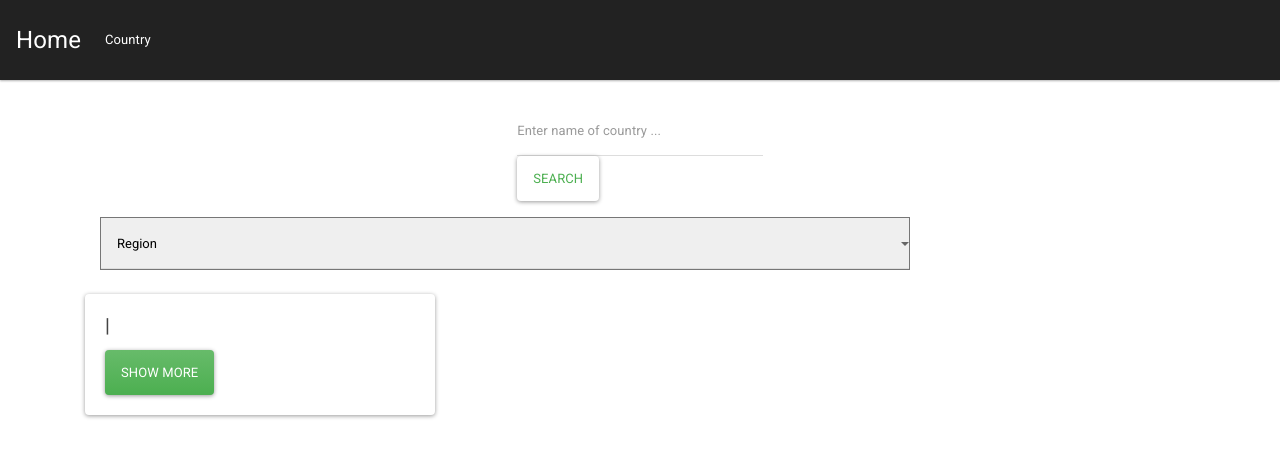
Repository: abdelhak-f/Countries_React
Page: / (app in client/)
The author's editor kept a copy of each file at every save. The page is drawn from the files as they stood at one save, then again after the next save.
The browser window is 1280 px wide. The pictures show the whole page.
The page's requests for data from a server got no answer. The project was rebuilt for these pictures with package versions that can differ from the ones it lists, and the page was loaded fresh each time. No one was signed in, and anything a server would have sent is missing. Also part of the build but not shown: client/src/components/countrys/ProfilCountry.jsx.

Above is the page before, as saved 2021-05-12 10:31:20.

### client/src/App.js
import  React from 'react';
import './App.css';
import Countries from  './components/AllCountries';
import  Navbar from './components/partials/Navbar';
import ProfileCountry from './components/countrys/ProfilCountry'
import SearchCountry from './components/countrys/SearchCountry'
import { BrowserRouter as Router, Switch, Route} from 'react-router-dom';

function App() {
  return (
    <Router>
    <div className="App">
      <Navbar />
      <div className="container">
      <Switch>
       <Route exact path="/" component={Countries} />
       <Route path="/" component={ProfileCountry}/>
       <Route path="/" component={SearchCountry}/>
      {/* <ProfileCountry/>
      <Countries /> */}
    </Switch>
      </div>
    </div>
    </Router>
  );
}

export default App;

### client/src/components/AllCountries.jsx
import React, { Component } from 'react';
import  Country  from  './countrys/Country';
import SearchCountry from './countrys/SearchCountry';
import ContinentRegion from './countrys/ContinentRegion';
import axios from 'axios';

class AllCountries extends Component  {

    constructor(props) {
        super(props)

        this.state = {
             countries: [
                 {

                 }
             ]
        }
    }
    getCountry = () => {
        axios.get(`https://restcountries.eu/rest/v2/all`)
                       .then(response => {
                           this.setState({
                            countries: response.data
                           })
                       })
    }
    componentDidMount() {
        this.getCountry()
    }
    // searchCountry =( data) => {
    //      if(data != ''){
    //           axios.get(`https://restcountries.eu/rest/v2=${data}`)
    //           .then(response => {
    //             this.setState({
    //               countries: response.data.items

    //             })
    //           })
    //      }
    // }

  render() {
    return (
      <div>
          <div className="row   my-2">
              <div className="col-md-12">
       <SearchCountry getCountrySearch={this.searchCountry} />
              </div>
              <div className="col-md-12">
       <ContinentRegion />
              </div>
          </div>
          <div className="row">
        {this.state.countries.map (country => (
            <div className="col-md-4 mt-3 key={name.id}">
              <Country  country={country} />
               </div>
        ))}
        </div>
      </div>
    )
  }
}

export default AllCountries

### client/src/components/partials/Navbar.jsx
import React from 'react';
import { Link } from 'react-router-dom';

export default function Navbar() {
  return (
    <>
    <nav className="navbar navbar-expand-sm navbar-dark bg-dark">
        <Link className="navbar-brand" to="/">Home</Link>
        <button className="navbar-toggler d-lg-none" type="button" data-toggle="collapse" data-target="#collapsibleNavId" aria-controls="collapsibleNavId"
            aria-expanded="false" aria-label="Toggle navigation">
            <span className="navbar-toggler-icon"></span>
        </button>
        <div className="collapse navbar-collapse" id="collapsibleNavId">
            <ul className="navbar-nav mr-auto mt-2 mt-lg-0">
                <li className="nav-item active">
                    <a className="nav-link" href="#">Country <span className="sr-only">(current)</span></a>
                </li>
            </ul>

        </div>
    </nav>
    </>
  );
}

### client/src/components/countrys/SearchCountry.jsx
// import React, { Component } from 'react'

// class SearchCountry extends Component {
//     state = {
//         search : ''
//     }
//     handleForm  = (e) => {
//         this.setState({
//             search:e.target.value
//         })
//     }

//     searchCountries= (e) => {
//         e.preventDefault();
//         this.props.getCountrySearch(this.state.search)
//     }
//   render() {
//       const {search} = this.state;
//     return (

//         <form onSubmit={this.searchCountries}>
//             <div className="form-group ">
//                 <input onChange={this.handleForm} value={search} placeholder='Search countries ...' id="search" type="text" className="form-control"/>
//                 </div>
//                 {/* {search} */}
//                 <button className="btn btn-danger">Search</button>
//         </form>

//     )
//   }
// }

// export default SearchCountry

/* eslint-disable array-callback-return */
/* eslint-disable react-hooks/exhaustive-deps */

import { Link } from 'react-router-dom';
import React, { useState, useEffect } from 'react';

const SearchCountry = ({ alpha3Code, alpha2Code, flag, name}) => {

    const [Data, setData] = useState([])
    const [input, setInput] = useState('')
    const [output, setOutput] = useState([])

    // get data
    useEffect(() => {
        fetch('https://restcountries.eu/rest/v2/all')
            .then(res => res.json())
            .then(data => setData(data));
    }, [])

    // filter data

    useEffect(() => {
        setOutput([])
        Data.filter(val => {
            if (val.alpha3Code.toUpperCase().includes(input.toUpperCase())) {
                setOutput(output => [...output, val])
            }
        })

    }, [input]);

    return (
        <div>
            <div className="container-fluid w-25 p-3">
                <form className="">
                    <input onChange={e => setInput(e.target.value)} className="form-control" type="search" placeholder="Enter name of country ..." aria-label="Search" />
                    <button className="btn btn-outline-success" type="submit">Search</button>
                </form>
            </div>

            <div className="countainer-fluid ml-5 col-6">
                {SearchCountry && output.map((res, index) => (
                    <>
                        <div key={index} className='card-body'>
                                <img className="card-img-top"  src={res.flag} alt="flag" />
                             <div className="card-text">
                                <p>{res.alpha3Code} </p>
                                <p>{res.alpha2Code}</p>
                                <Link to={`/ProfilCountry/${res.name}`}>
                                    <button className="btn btn-success">show more</button>
                                </Link>

                            </div>
                        </div>
                    </>
                ))}
            </div>
        </div>
    );
}

export default SearchCountry;

### client/src/components/countrys/Country.jsx
import React, { Component } from 'react';
import { Link } from 'react-router-dom';


  class Country extends Component{
    constructor(props) {
      super(props);
      this.state = {};
      console.log(props.data);
    }

  render() {
    return (
      <>
         <div className="card">
                   <img className="card-img-top" src= {this.props.country.flag}  alt="" />
                   <div className="card-body">
                   <h4 className="card-title">{this.props.country.alpha2Code} | {this.props.country.alpha3Code}</h4>
                       <p className="card-text">

                           <Link to={'/ProfilCountry/' +this.props.country.name} className="btn btn-success">show more</Link>

                           {/* <a href={this.props.country.regionalBlocs} className="btn btn-success ">profile</a> */}
                       </p>
                   </div>
                   </div>
      </>
    )
    }
  }


export default Country ;

### client/src/components/countrys/ContinentRegion.jsx
/* eslint-disable array-callback-return */
/* eslint-disable react-hooks/exhaustive-deps */
import React, { useState, useEffect } from "react";



   const ContinentRegion = () => {
    const [Data, setData] = useState([])
    const [input, setInput] = useState({ name:''})
    const [output, setOutput] = useState([])

    useEffect(() => {
        fetch('https://restcountries.eu/rest/v2/all')
            .then(res => res.json())
            .then(data => setData(data));
    },[])

    useEffect(() => {
        setOutput([])
        Data.filter(val => {
            if (val.region.includes(input)) {
                setOutput(output => [...output, val])
            }
        })

    }, [input]);
    console.log('code=>', input);

    return (
        <div className= 'container select col-12'>
            <select name='name' onChange={e => setInput(e.target.value)} class="form-select form-select-sm  w-75 p-3" aria-label=".form-select-sm example">
                <option selected>Region</option>
                {/* <option value="All">All</option> */}
                <option value="Africa">Africa</option>
                <option value="Asia">Asia</option>
                <option value="Europe">Europe</option>
                <option value="Oceania">Oceania</option>
            </select>
            <div className="countainer  ">
                {output.map((res, index) => (
                    <>
                        <div className='card my-2' key={index}>
                                <img className="card-img-top " src={res.flag} alt="flag" />
                            <div className='card-body'>
                                <h2>{res.name} </h2>
                                <p>region:{res.region}</p>
                                <p>capital:{res.capital}</p>
                            </div>
                        </div>
                    </>
                ))}
            </div>
        </div>
    );
}

export default ContinentRegion

Loaded but not shown: client/public/index.html (common file); client/src/index.js (common file); client/src/App.css (library)

After the next save:
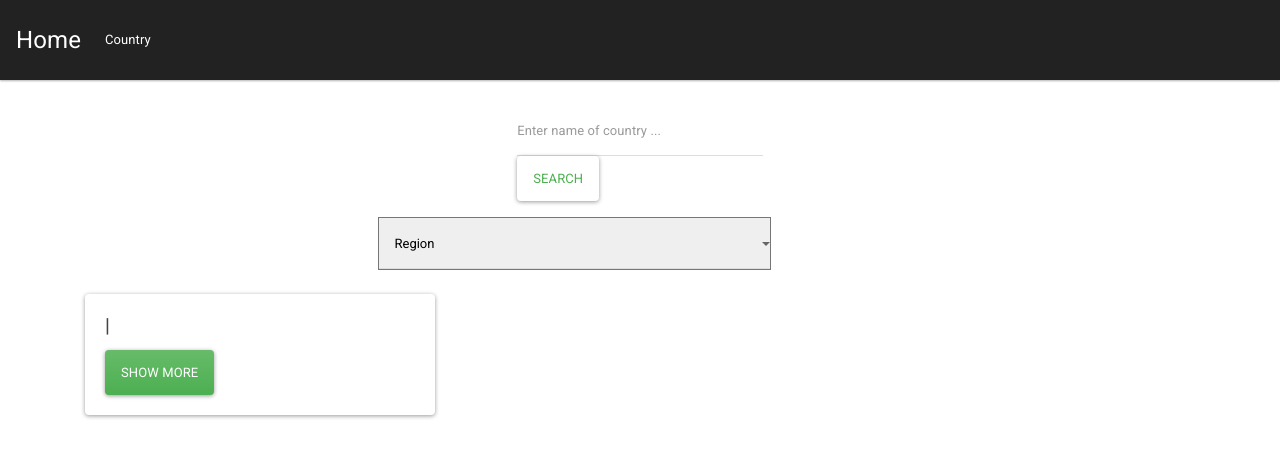
Saved 43 s later.
--- a/client/src/components/countrys/ContinentRegion.jsx
+++ b/client/src/components/countrys/ContinentRegion.jsx
@@ -27,7 +27,7 @@
     console.log('code=>', input);
 
     return (
-        <div className= 'container select col-12'>
+        <div className= 'container select col-6'>
             <select name='name' onChange={e => setInput(e.target.value)} class="form-select form-select-sm  w-75 p-3" aria-label=".form-select-sm example">
                 <option selected>Region</option>
                 {/* <option value="All">All</option> */}

After the save that followed:
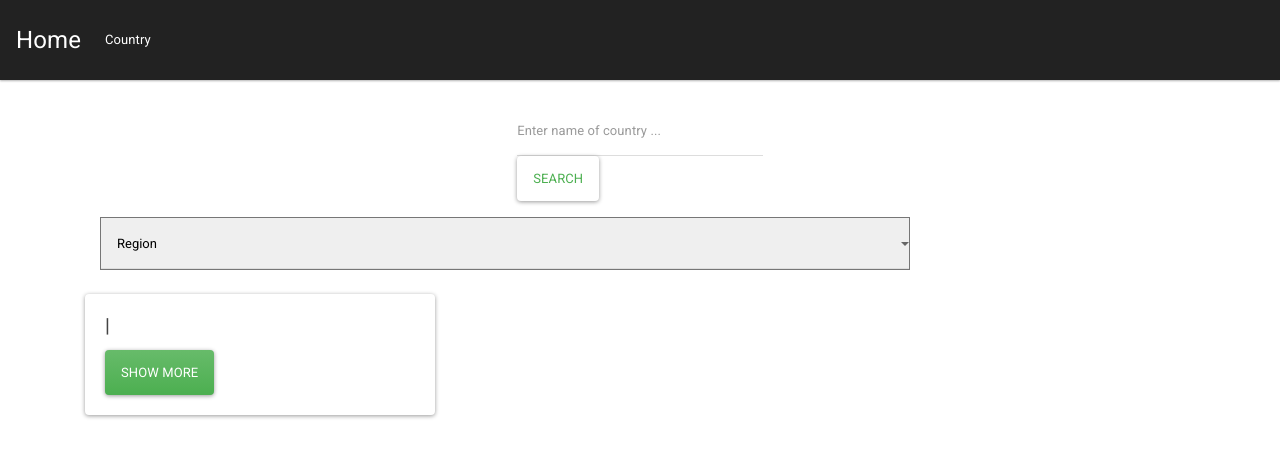
Saved 44 s later.
--- a/client/src/components/countrys/ContinentRegion.jsx
+++ b/client/src/components/countrys/ContinentRegion.jsx
@@ -27,7 +27,7 @@
     console.log('code=>', input);
 
     return (
-        <div className= 'container select col-6'>
+        <div className= 'container select col-md-12'>
             <select name='name' onChange={e => setInput(e.target.value)} class="form-select form-select-sm  w-75 p-3" aria-label=".form-select-sm example">
                 <option selected>Region</option>
                 {/* <option value="All">All</option> */}
